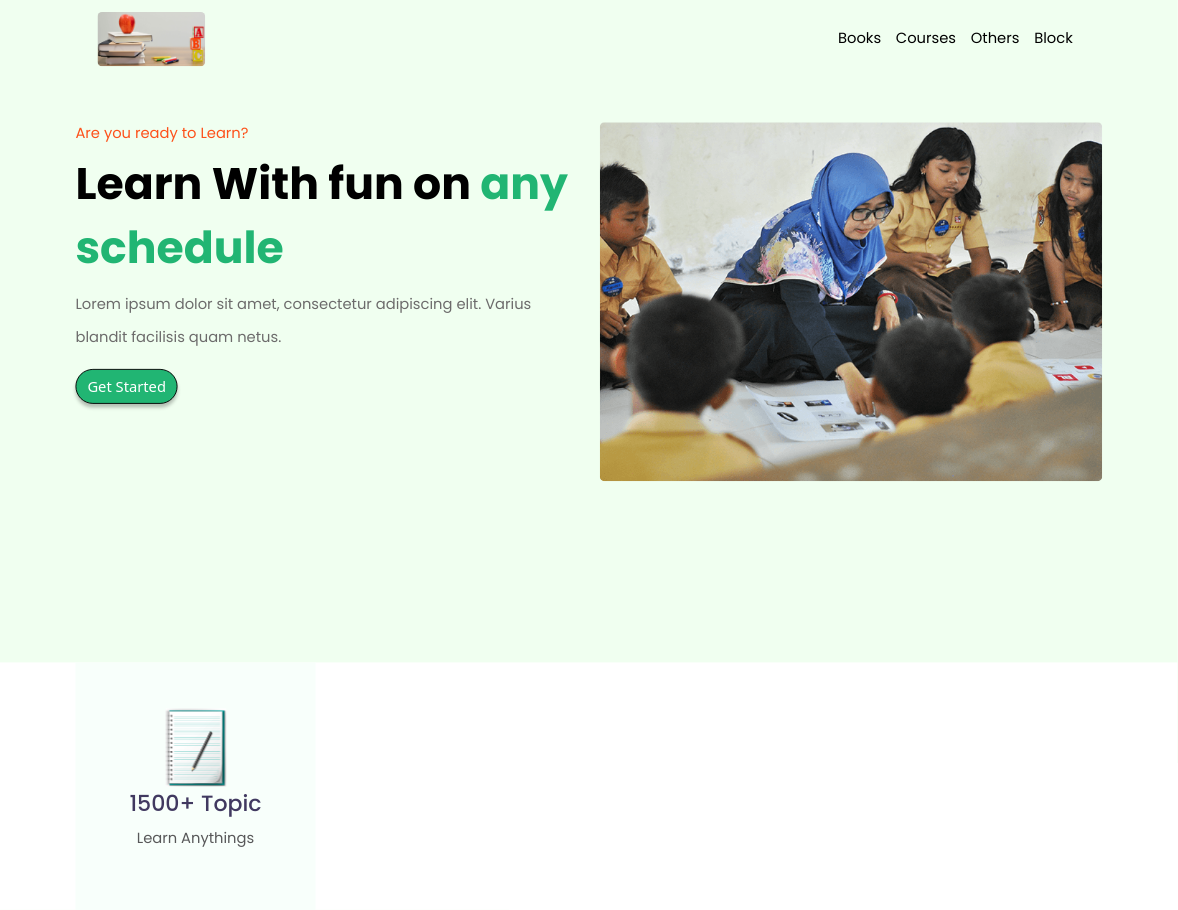
Repository: zjria/Figma-to-E-school
Page: index.html
The author's editor kept a copy of each file at every save. The page is drawn from the files as they stood at one save, then again after the next save.
The browser window is 1280 px wide. The pictures show the whole page, at 92% of full size.
Some web libraries are served in a nearby version.

Above is the page before, as saved 2022-05-06 19:55:21.

### index.html
<!doctype html>
<html lang="en">
  <head>
    <!-- Required meta tags -->
    <meta charset="utf-8">
    <meta name="viewport" content="width=device-width, initial-scale=1">
    <title>E-School</title>

    <!-- Google Font family -->
    <link rel="preconnect" href="https://fonts.googleapis.com">
    <link rel="preconnect" href="https://fonts.gstatic.com" crossorigin>
    <link href="https://fonts.googleapis.com/css2?family=Poppins:wght@100;300;400;500;600;700;800;900&display=swap" rel="stylesheet">
    <!-- Bootstrap CSS -->
    <link href="https://cdn.jsdelivr.net/npm/bootstrap@5.0.2/dist/css/bootstrap.min.css" rel="stylesheet">
    <!-- Font awesome -->
    <link rel="stylesheet" href="https://cdnjs.cloudflare.com/ajax/libs/font-awesome/6.1.1/css/all.min.css">
    <!-- custom css -->
    <link rel="stylesheet" href="style.css">
  </head>
  <body>
    <section class="hero-section">
        <div class="container">
            <div class="row">
                <nav class="navbar navbar-expand-md navbar-light">
                    <div class="container-fluid">
                      <a class="navbar-brand" href="#"><img class="img-fluid rounded-3" src="images/logo.png" alt=""></a>
                      <button class="navbar-toggler" type="button" data-bs-toggle="collapse" data-bs-target="#navbarSupportedContent" aria-controls="navbarSupportedContent" aria-expanded="false" aria-label="Toggle navigation">
                        <span class="navbar-toggler-icon"></span>
                      </button>
                      <div class="collapse navbar-collapse" id="navbarSupportedContent">
                        <ul class="navbar-nav me-auto mb-2 mb-lg-0">
                          <li class="nav-item">
                            <a class="nav-link" href="#">Books</a>
                          </li>
                          <li class="nav-item">
                            <a class="nav-link" href="#">Courses</a>
                          </li>
                          <li class="nav-item">
                            <a class="nav-link" href="#">Others</a>
                          </li>
                          <li class="nav-item">
                            <a class="nav-link" href="#">Block</a>
                          </li>
                        </ul>

                      </div>
                    </div>
                  </nav>
            </div>
            <!-- Header Content Section -->
            <div class="row pt-5">
              <div class="col-md-6 hero-content">
                <h5>Are you ready to Learn?</h5>
                <h1>Learn With fun on <span>any schedule</span></h1>
                <p>Lorem ipsum dolor sit amet, consectetur adipiscing elit. Varius blandit facilisis quam netus.</p>
                <a href="" class="btn btn-custom">Get Started</a>
              </div>
              <div class="col-md-6">
                <img src="images/hero-img.png" class="img-fluid rounded-3" alt="">
              </div>
            </div>
        </div>
    </section>

     <!-- Feature -->
     <section class="feature">
      <div class="container">
        <div class="row">
          <div class="col-md-3">
            <div class="feature-content text-center">
              <img src="images/price-1.png" class="img-fluid" alt="">
              <h3>1500+ Topic</h3>
              <p>Learn Anythings</p>
            </div>
          </div>
          <div class="col-md-3"></div>
          <div class="col-md-3"></div>
        </div>
      </div>
     </section>








    <!-- Option 1: Bootstrap Bundle with Popper -->
    <script src="https://cdn.jsdelivr.net/npm/bootstrap@5.0.2/dist/js/bootstrap.bundle.min.js"></script>
  </body>
</html>

### style.css
/* font-family: 'Poppins', sans-serif; */
.hero-section{
    background: #F0FFF0;
    min-height: 100vh;
}
.navbar-light .navbar-nav .nav-link {
    color: rgb(0, 0, 0);
    font-family: 'Poppins', sans-serif;
    font-style: normal;
    font-weight: 400;
    font-size: 16px;
    line-height: 24px;
}
.navbar-light .navbar-nav .nav-link:hover {
    color: #C2B49D;
}
.navbar-brand img{
    width: 15%;
}
.hero-content h5 {
    font-family: 'Poppins';
    font-style: normal;
    font-weight: 400;
    font-size: 16px;
    line-height: 24px;
    color: #FD511A;
}
.hero-content h1 {
    font-family: 'Poppins';
    font-style: normal;
    font-weight: 700;
    font-size: 48px;
    line-height: 70px;
    color: #000000;
}
.hero-content h1 span{
    color: #21B573
}
.hero-content p {
    font-family: 'Poppins';
    font-style: normal;
    font-weight: 400;
    font-size: 16px;
    line-height: 36px;
    color: #6C6B6B;
}
.btn-custom{
    background: #21B573;
    border: 1px solid #000000;
    box-shadow: 0px 4px 4px rgba(0, 0, 0, 0.25);
    border-radius: 33px;
    color: #fff;
}
.feature-content{
    background: #F8FFFB;
    padding: 50px 0;
}
.feature-content img{
    width: 66px;
    height: 85px;
}
.feature-content h3{
font-family: 'Poppins';
font-style: normal;
font-weight: 500;
font-size: 24px;
line-height: 36px;color: #413960;
}
.feature-content p{
font-family: 'Poppins';
font-style: normal;
font-weight: 400;
font-size: 16px;
line-height: 24px;color: #585859;
}

After the next save:
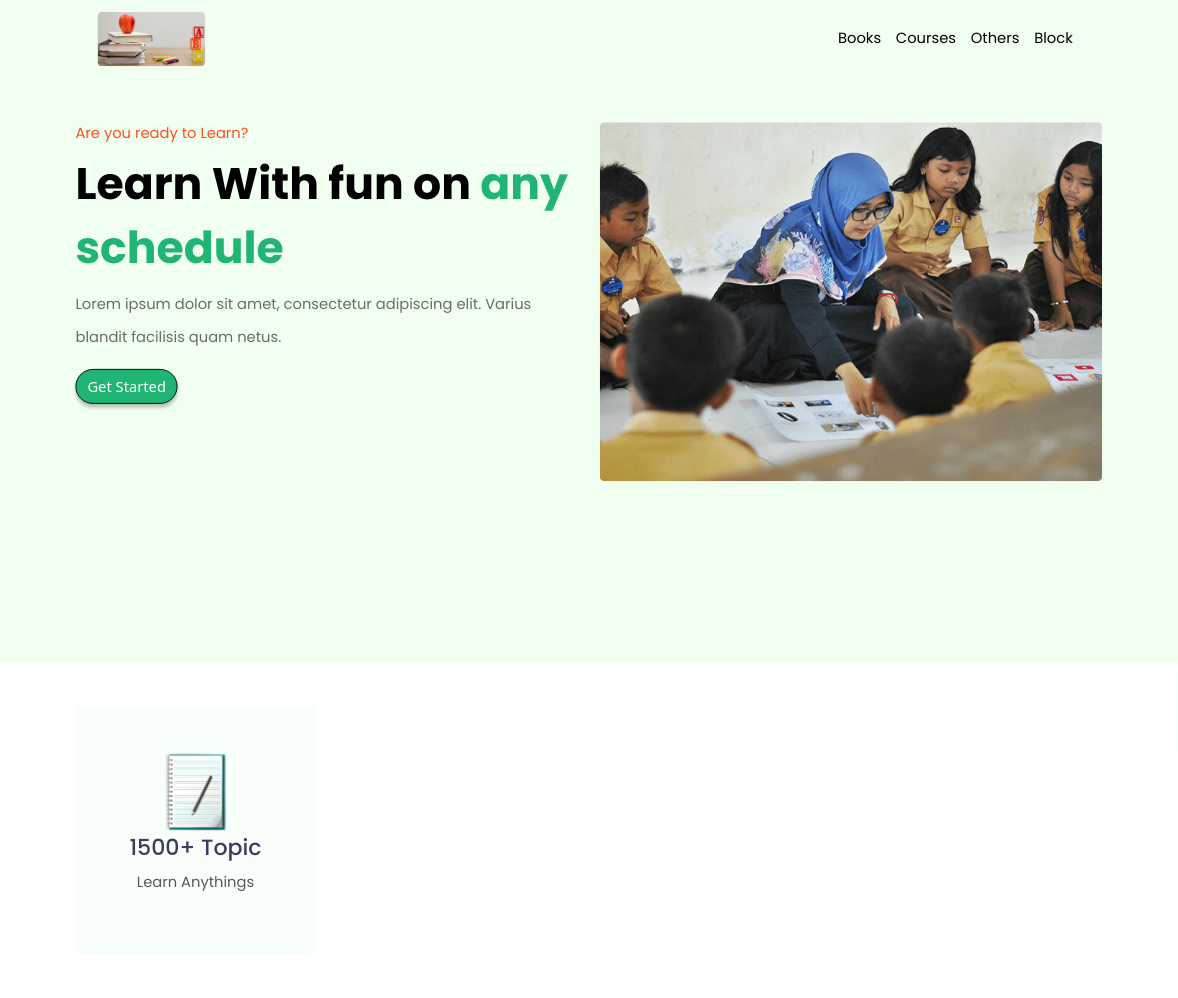
Saved 56 s later.
--- a/index.html
+++ b/index.html
@@ -63,7 +63,7 @@
     </section>
 
      <!-- Feature -->
-     <section class="feature">
+     <section class="feature mt-5 mb-5">
       <div class="container">
         <div class="row">
           <div class="col-md-3">
